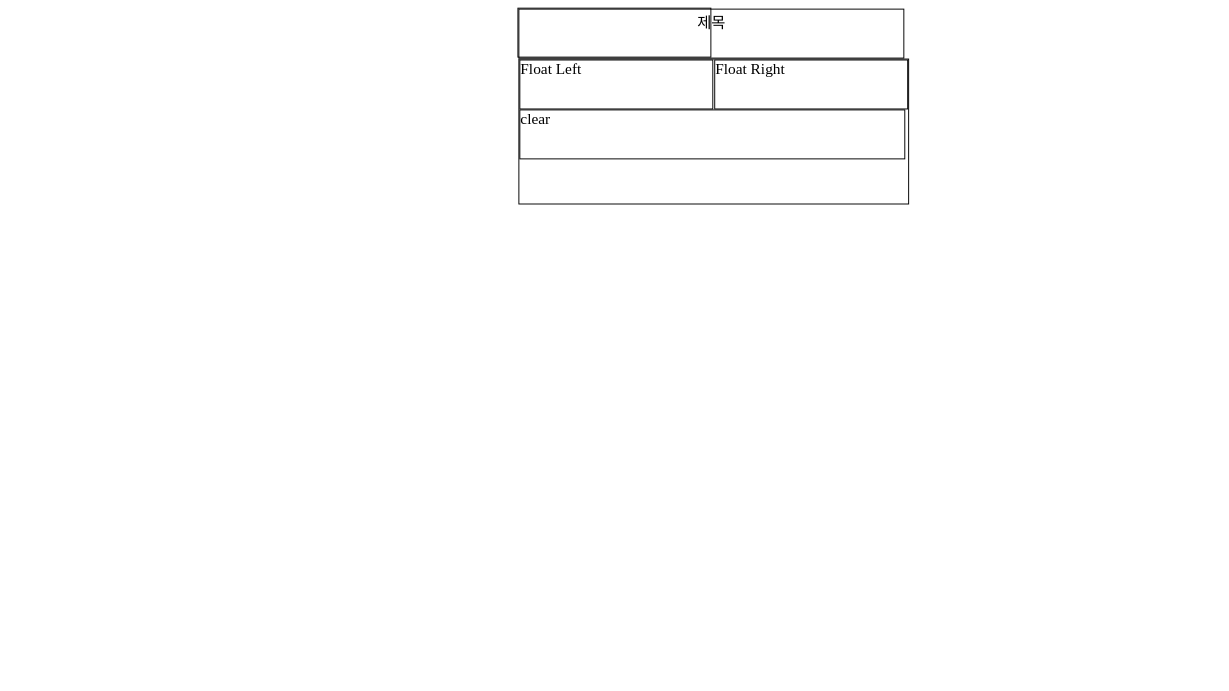
Repository: Seonhanbit/dev
Page: work_frontend/CSSEx/WebContent/09positioning/03.float.html
These files come from the project's save history. The page is drawn as it stood at one moment and after the next save; the edit follows.
The browser window is 1280 px wide. The pictures show the whole page, at 96% of full size.

Above is the page before, as saved 2019-08-27 06:00:44.

### work_frontend/CSSEx/WebContent/09positioning/03.float.html
<!DOCTYPE html PUBLIC "-//W3C//DTD HTML 4.01 Transitional//EN" "http://www.w3.org/TR/html4/loose.dtd">
<html>
<head>
<meta http-equiv="Content-Type" content="text/html; charset=UTF-8">
<title>Insert title here</title>
<style type="text/css">
div {
	width: 200px;
	height: 50px;
	border: 1px solid #000;
}

.a {
	float: left;
	border: 1px solid #000;
}

.b {
	float: right;
}

.c {
	border: 7px dotted #f00;
}

.d {
	width: 400px;
	clear: both;
}

.body {
	width: 405px;
	height: 150px;
}

#outer {
	margin: 0 auto;
}

.title {
	width: 400px;
}
</style>
</head>
<body>
	<div id="outer">
		<div class = "title"style="text-align: center;">제목</div>
		<div class="body">
			<div class="a">Float Left</div>
			<div class="b">Float Right</div>
			<!-- <div class="c">No Float</div> -->
			<div class="d">clear</div>
		</div>
	</div>
</body>
</html>

After the next save:
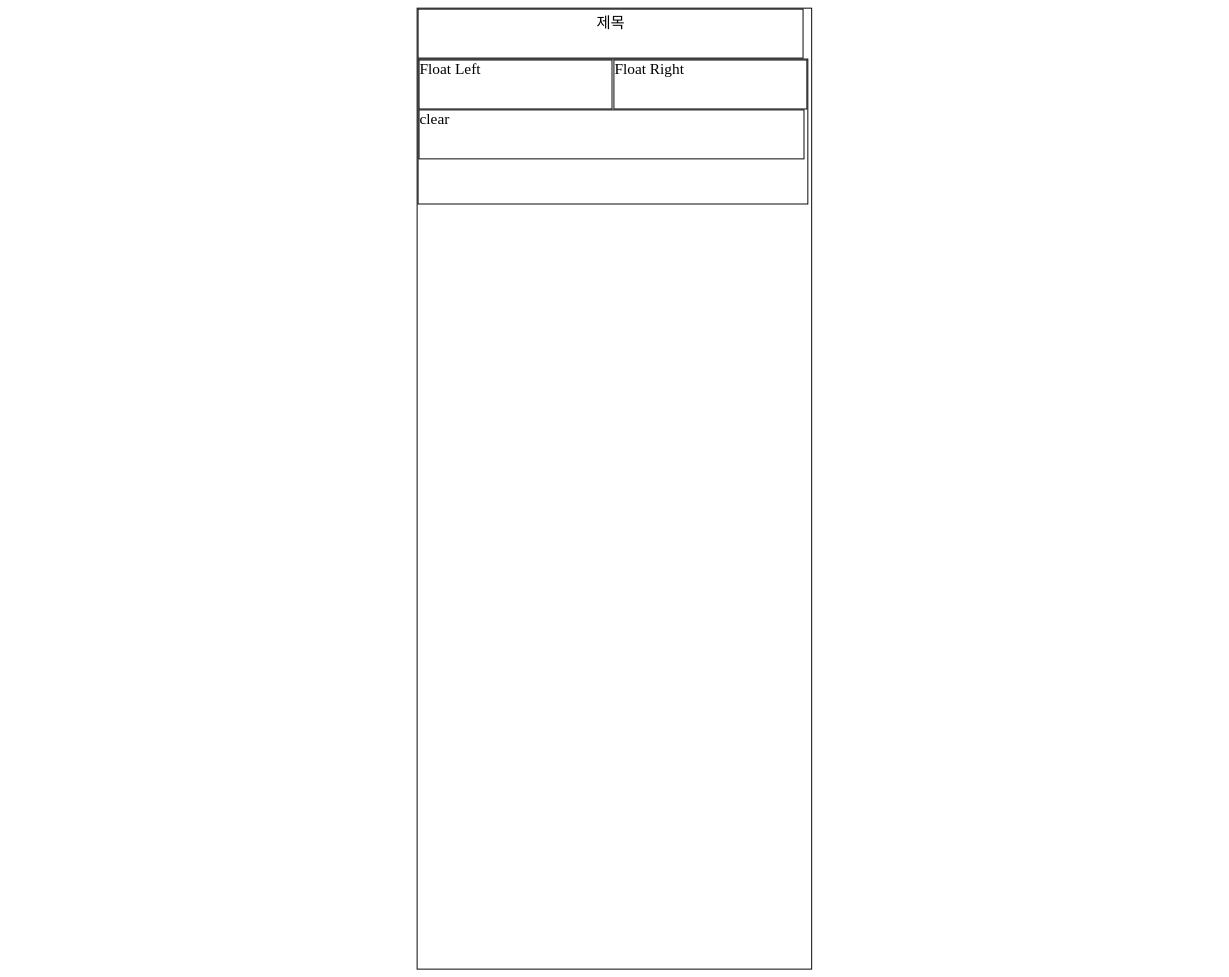
Saved 110 s later.
--- a/work_frontend/CSSEx/WebContent/09positioning/03.float.html
+++ b/work_frontend/CSSEx/WebContent/09positioning/03.float.html
@@ -35,6 +35,8 @@ div {
 
 #outer {
 	margin: 0 auto;
+	width: 410px;
+	height: 1000px;
 }
 
 .title {
